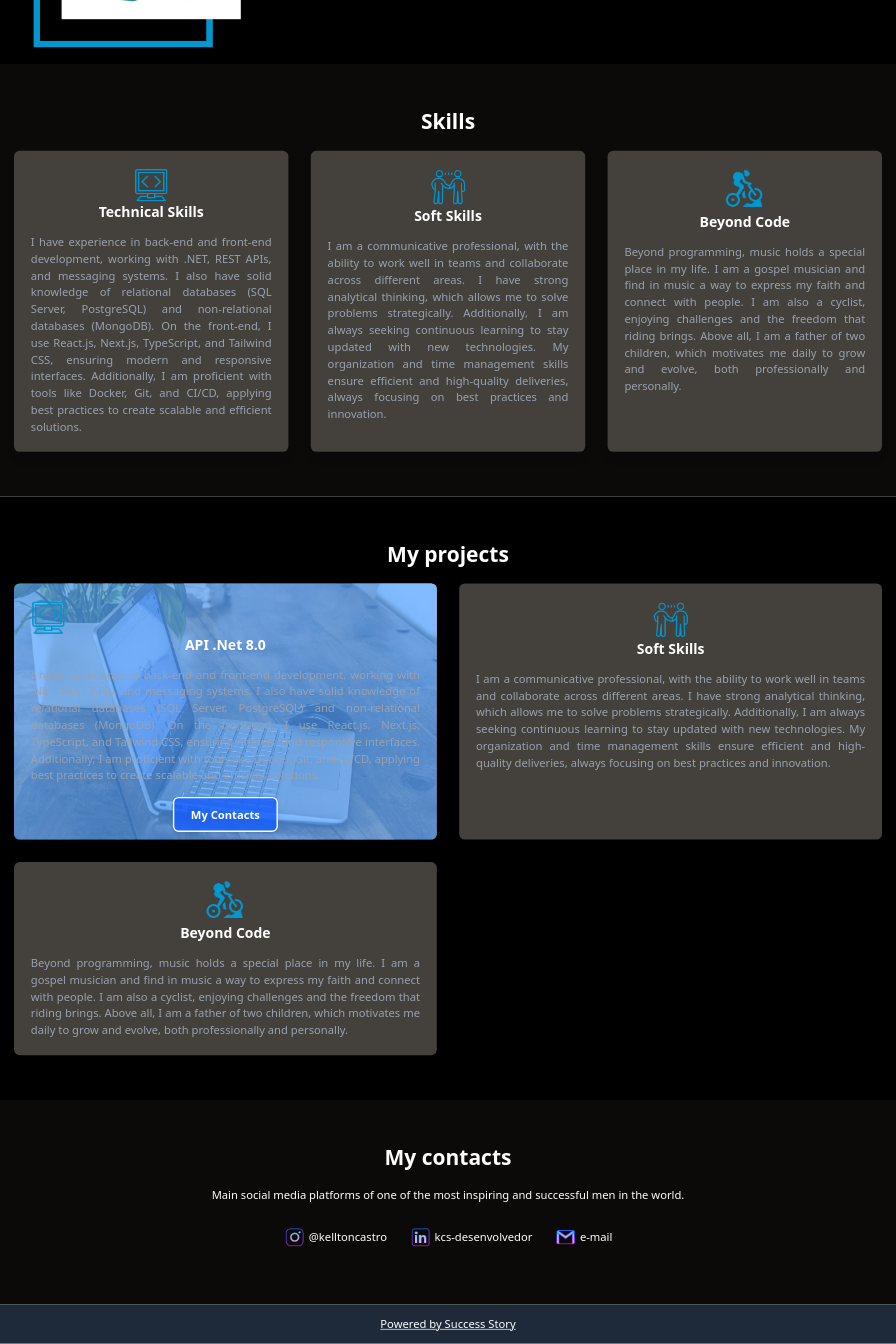
Repository: kcsdesenvolvedor/portfolio
Page: src/index.html
The author's editor kept a copy of each file at every save. The page is drawn from the files as they stood at one save, then again after the next save.
The browser window is 1280 px wide. The pictures show the part of the page from y = 878 to 2798 px (the page is 2798 px tall before and 2750 px after), at 70% of full size.

Above is the page before, as saved 2025-03-04 15:37:01.
Console error: TypeError: Cannot read properties of null (reading 'textContent')

After the next save:
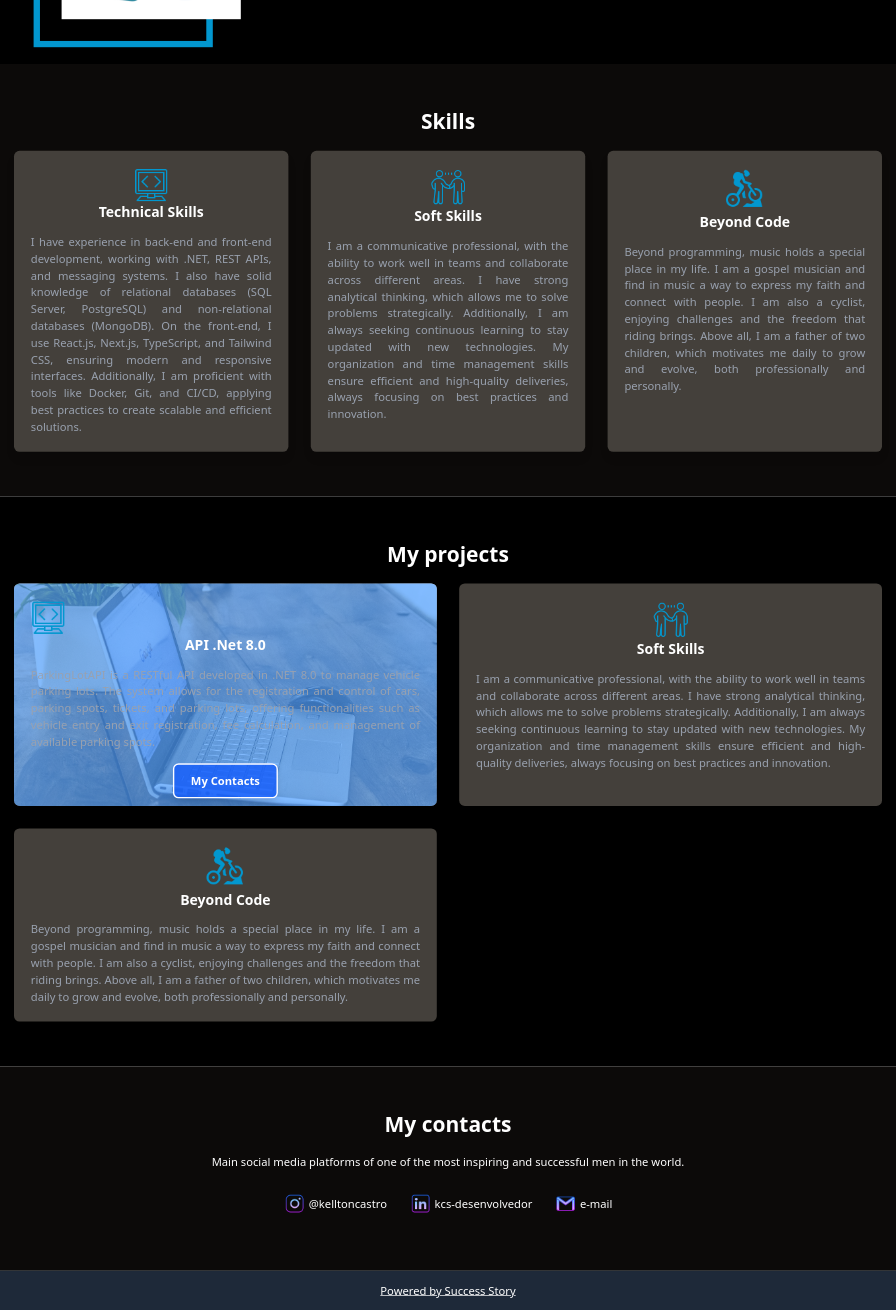
Saved 48 min 23 s later.
--- a/src/index.html
+++ b/src/index.html
@@ -208,7 +208,7 @@
                     <div class="relative z-10">
                         <img src="./img/hard-skills.png" alt="image hard skills">
                         <h4 class="text-xl text-white font-bold mb-4">API .Net 8.0</h4>
-                        <p class="text-gray-400 text-justify">I have experience in back-end and front-end development, working with .NET, REST APIs, and messaging systems. I also have solid knowledge of relational databases (SQL Server, PostgreSQL) and non-relational databases (MongoDB). On the front-end, I use React.js, Next.js, TypeScript, and Tailwind CSS, ensuring modern and responsive interfaces. Additionally, I am proficient with tools like Docker, Git, and CI/CD, applying best practices to create scalable and efficient solutions.</p>
+                        <p class="text-gray-400 text-justify">ParkingLotAPI is a RESTful API developed in .NET 8.0 to manage vehicle parking lots. The system allows for the registration and control of cars, parking spots, tickets, and parking lots, offering functionalities such as vehicle entry and exit registration, fee calculation, and management of available parking spots.</p>
                         <div class="mt-8">
                             <a href="#contact" class="bg-blue-600/80 dark:bg-sky-400/80 text-center text-white font-bold w-full lg:w-2/4 py-3 px-6 border-2 rounded-lg shadow-lg hover:bg-black hover:text-blue-600/80 hover:dark:text-sky-400/80 hover:border-blue-600/80 hover:dark:border-sky-400/80 hover:border-2 transition delay-150 duration-300 ease-in-out">
                                 My Contacts
